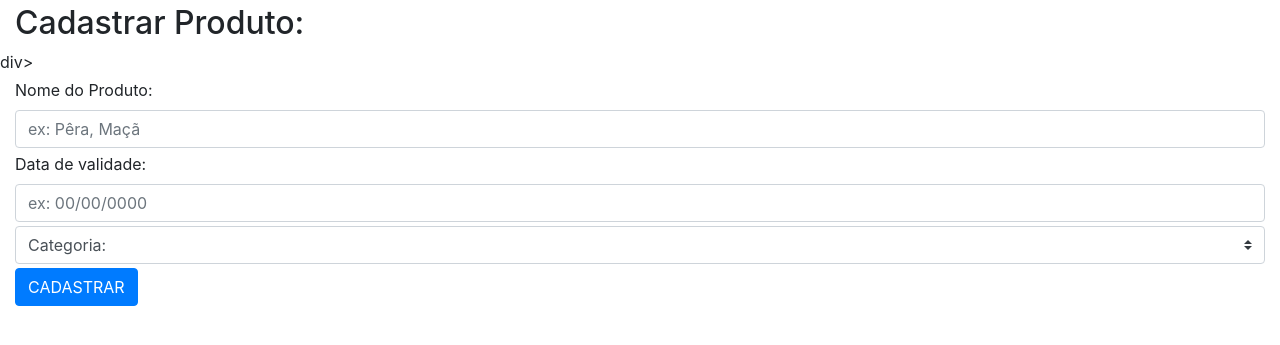
Repository: ricardofelipesilva/sistema
Page: http://localhost/site/controle.jsp
An editor plug-in stored every save of this project. The page is shown before and after the next save, followed by the edit.
The browser window is 1280 px wide. The pictures show the whole page.
The page is served by Tomcat 9. Other server files are loaded and not shown.

Above is the page before, as saved 2019-07-01 08:22:28.

### site/WebContent/controle.jsp
<%@ taglib uri="http://java.sun.com/jsp/jstl/core" prefix="c" %>
<!DOCTYPE html>
<html>
<head>
<meta charset="ISO-8859-1">
<link rel="stylesheet" href="https://stackpath.bootstrapcdn.com/bootstrap/4.3.1/css/bootstrap.min.css" integrity="sha384-ggOyR0iXCbMQv3Xipma34MD+dH/1fQ784/j6cY/iJTQUOhcWr7x9JvoRxT2MZw1T" crossorigin="anonymous">

<script src="https://code.jquery.com/jquery-3.3.1.slim.min.js" integrity="sha384-q8i/X+965DzO0rT7abK41JStQIAqVgRVzpbzo5smXKp4YfRvH+8abtTE1Pi6jizo" crossorigin="anonymous"></script>
<script src="https://cdnjs.cloudflare.com/ajax/libs/popper.js/1.14.7/umd/popper.min.js" integrity="sha384-UO2eT0CpHqdSJQ6hJty5KVphtPhzWj9WO1clHTMGa3JDZwrnQq4sF86dIHNDz0W1" crossorigin="anonymous"></script>
<script src="https://stackpath.bootstrapcdn.com/bootstrap/4.3.1/js/bootstrap.min.js" integrity="sha384-JjSmVgyd0p3pXB1rRibZUAYoIIy6OrQ6VrjIEaFf/nJGzIxFDsf4x0xIM+B07jRM" crossorigin="anonymous"></script>

<title>Mil Tecnologia | Cadastrar Produto</title>

</head>
<body>
	<form action="./novoproduto" method="post">

	<div class="col-auto my-1">
		<h2>Cadastrar Produto:</h2>
	</div>div>


	</form>

	<form action="./novoproduto" method="post">
  <div class="col-auto my-1 form-group">
    <label for="exampleInputEmail1">Nome do Produto:</label>
    <input  class="form-control" type="text" name="nome" placeholder="ex: Pêra, Maçã" required>
  </div>
  <div class=" col-auto my-1 form-group">
    <label for="exampleInputEmail1">Data de validade:</label>
    <input  class="form-control" type="text" name="dataValidade"  placeholder="ex: 00/00/0000" />
  </div>

      <div class="col-auto my-1">
      <label class="mr-sm-2 sr-only" for="inlineFormCustomSelect">Preference</label>
      <select class="custom-select mr-sm-2" id="inlineFormCustomSelect">
        <option selected>Categoria:</option>
        <option value="1">Proteínas</option>
        <option value="2">Laticínios</option>
        <option value="3">Limpeza</option>
        <option value="4">Carnes</option>
      </select>
    </div>
 <div class=" col-auto my-1 form-group">
  <button type="submit" class="btn btn-primary">CADASTRAR</button>
  </div>
</form>


</body>
</html>

After the next save:
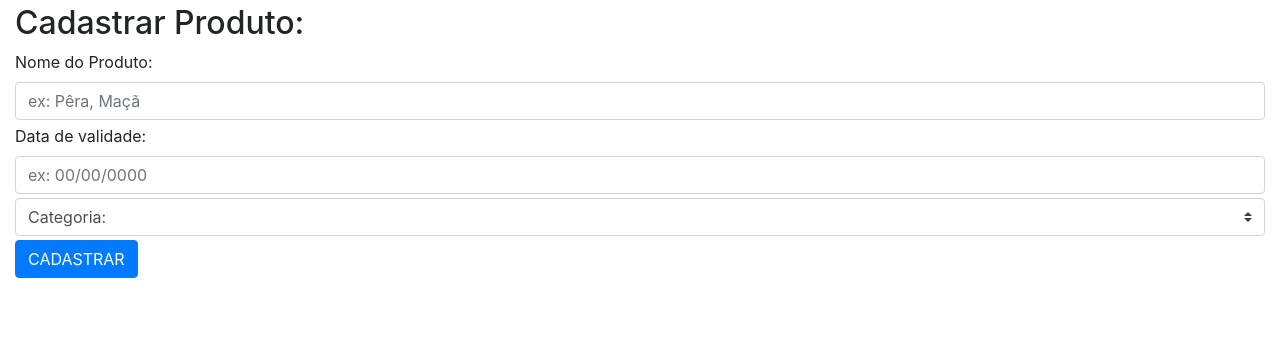
Saved 7 s later.
--- a/site/WebContent/controle.jsp
+++ b/site/WebContent/controle.jsp
@@ -17,8 +17,7 @@
 
 	<div class="col-auto my-1">
 		<h2>Cadastrar Produto:</h2>
-	</div>div>
-
+	</div>
 
 	</form>
 
